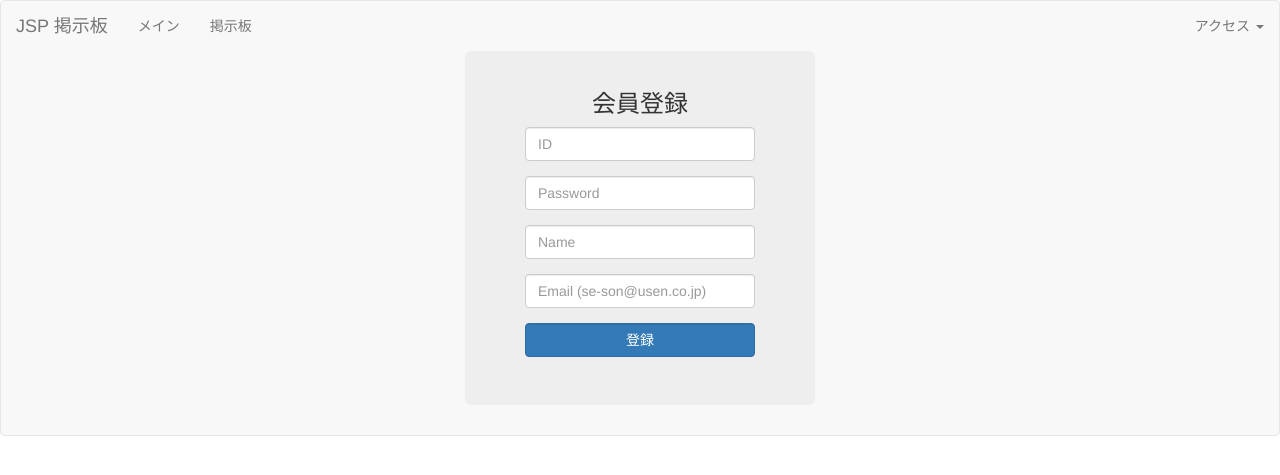
Repository: dengpu/JSP
Page: http://localhost/BBS/main.jsp
An editor plug-in stored every save of this project. The page is shown before and after the next save, followed by the edit.
The browser window is 1280 px wide. The pictures show the whole page.
Some web libraries are served in a nearby version. The page is served by Tomcat 9.

Above is the page before, as saved 2017-05-15 06:44:27.

After the next save:
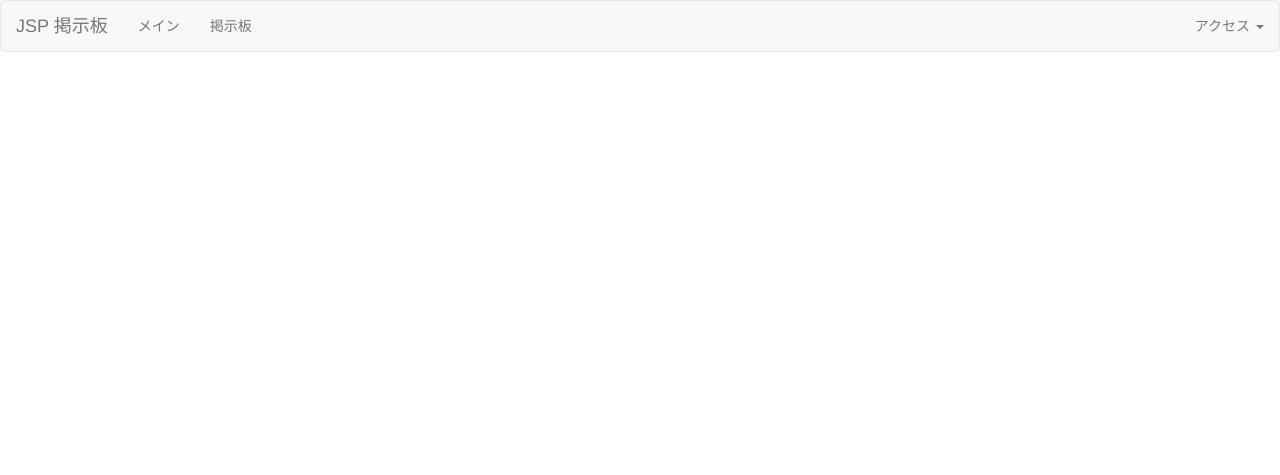
Saved 85 s later.
--- a/BBS/WebContent/main.jsp
+++ b/BBS/WebContent/main.jsp
@@ -48,33 +48,7 @@
 					</ul></li>
 			</ul>
 		</div>
-		<div class="container">
-			<div class="col-lg-4"></div>
-			<div class="col-lg-4">
-			<div class="jumbotron" style="padding-top:20px;">
-			<form method="post" action="joinAction.jsp">
-			<h3 style="text-align:center">会員登録</h3>
-			<div class="form-group">
-				<input type="text" class="form-control" placeholder="ID" name="userID" maxlength="20">
-				</div>
-				<div class="form-group">
-				<input type="password" class="form-control" placeholder="Password" name="userPassword" maxlength="20">
-				</div>
-				<div class="form-group">
-				<input type="text" class="form-control" placeholder="Name" name="userName" maxlength="20">
-				</div>
-				<div class="form-group">
-				<input type="email" class="form-control" placeholder="Email (se-son@usen.co.jp)" name="userEmail" maxlength="20">
-				</div>
-				<input type="submit" class="btn btn-primary form-control" value="登録">
 
-			</form>
-
-			</div>
-			</div>
-
-
-		</div>
 
 
 	</nav>
